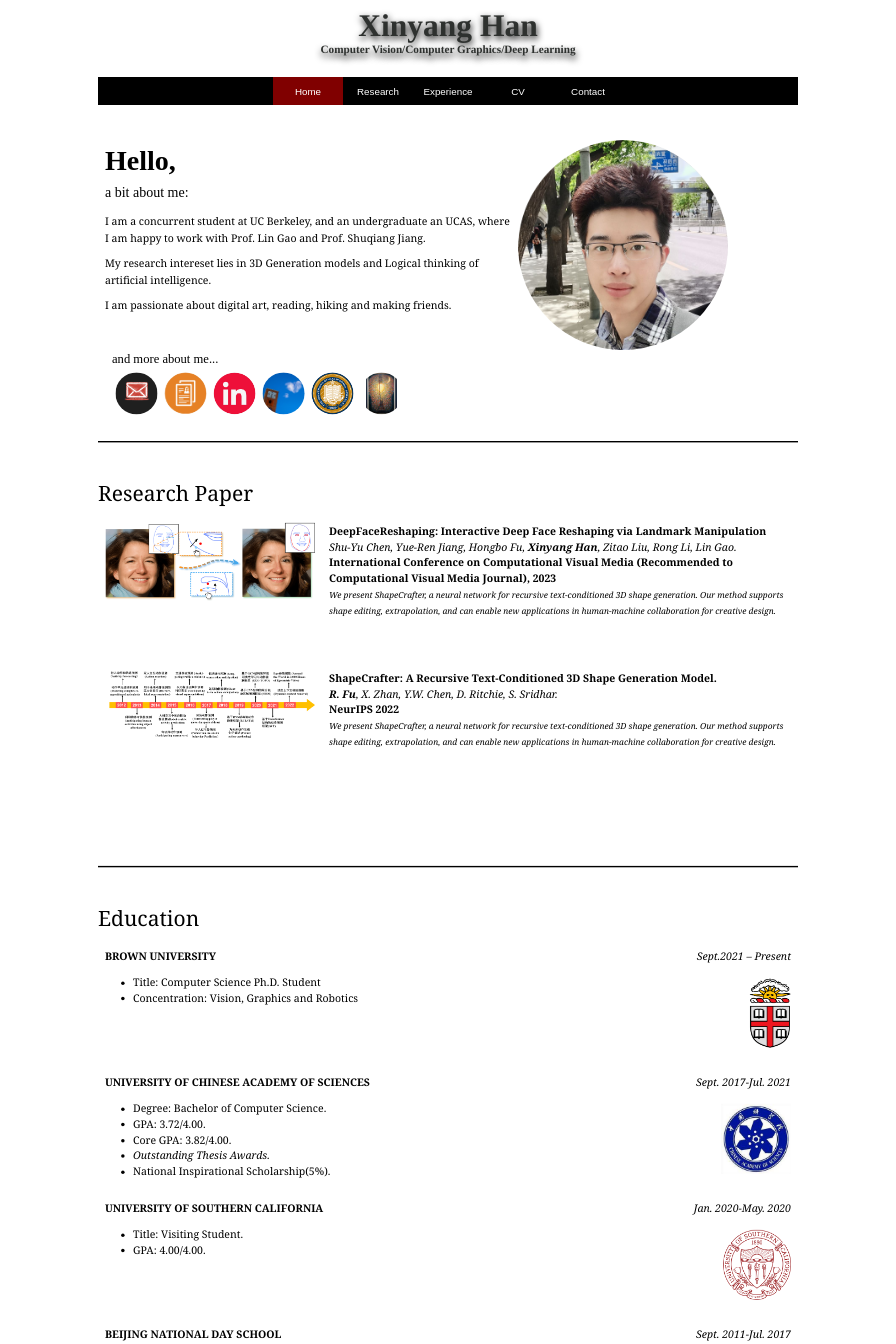
Repository: XinyangHan/XinyangHan.github.io
Page: index.html
The author's editor kept a copy of each file at every save. The page is drawn from the files as they stood at one save, then again after the next save.
The browser window is 1280 px wide. The pictures show the part of the page from y = 0 to 1920 px (the page is 3473 px tall), at 70% of full size.

Above is the page before, as saved 2023-02-11 14:14:29.
Console error (its wording comes from the project's code and is left out).

### index.html
<!DOCTYPE html>
<html>

<head>
	<meta charset="utf-8">
	<meta name="keywords" content="Rao FU, Rao FU, Rao Fu Homepage, Rao Fu Webpage, Rao Fu UCAS, Rao Fu Brown">
	<meta name="description" content="Rao FU's homepage">
	<meta name="viewport" content="width=device-width, initial-scale=1">
	<title>Rao FU | Homepage</title>
	<link href="style.css" rel="stylesheet" />
	<style>
	</style>



</head>

<body>
<!-------------------------------------------------- Header -------------------------------------------------->
<div id="header">
	<h1> Xinyang Han </h1>
	<h2>Computer Vision/Computer Graphics/Deep Learning</h2>
</div><!-- Header -->

<!-------------------------------------------------- Navbar -------------------------------------------------->
<div id="nav-wrapper">
<div id="nav">
			<button class="btn active" onclick="window.location.href = './index.html#content_home';">Home</button>
			<button class="btn" onclick="window.location.href = './index.html#content_project';">Research</button>
			<button class="btn" onclick="window.location.href = './index.html#content_exp';">Experience</button>
			<button class="btn" onclick="window.location.href = './resource/My_CV.pdf'; target='_blank'; ">CV</button>
			<button class="btn" onclick="window.location.href = './index.html#c_contact_biography';">Contact</button>
			<!-- <a href="./index.html#content_home" class="active">Home</a>  -->
			<!-- <a href="./index.html#content_project">Research</a> -->
			<!-- <a href="./index.html#content_exp">Experience</a> -->
			<!-- <a href="./resource/MY_CV.pdf">CV</a> -->
			<!-- <a href="./index.html#c_contact_biography">Contact</a> -->
</div> <!-- #nav -->
</div>

<!-------------------------------------------------- Script -------------------------------------------------->
<script>
	// Get the container element
	var btnContainer = document.getElementById("nav");

	// Get all buttons with class="btn" inside the container
	var btns = btnContainer.getElementsByClassName("btn");

	// Loop through the buttons and add the active class to the current/clicked button
	for (var i = 0; i < btns.length; i++) {
	btns[i].addEventListener("click", function() {
		var current = document.getElementsByClassName("active");
		current[0].className = current[0].className.replace(" active", "");
		this.className += " active";
	});
	}
</script>

<!-------------------------------------------------- Content Home-------------------------------------------------->
<div class="content"  id="content_home">

	<div class="c_home_wrapper">
		<div id="c_biography">
			<strong id="c_font1">Hello,</strong><br>
			<span class="c_font2">a bit about me:</span><br>
			<p class="c_font3">
				I am a concurrent student at UC Berkeley, and an undergraduate an UCAS, where I am happy to work with Prof. Lin Gao and Prof. Shuqiang Jiang.
			</p>
			<p class="c_font3">
				My research intereset lies in 3D Generation models and Logical thinking of artificial intelligence.
			</p>
			<p class="c_font3">
				I am passionate about digital art, reading, hiking and making friends.
			</p>
		</div>

		<div id="c_profile">
			<div class="c_thumbnail">
				<img src="img/round_profile.png" id="buttons" alt="profile_button" >
				<div class="overlay">
					<p>
						勿戳！<br>
						Don't poke my cheeks!<br>
						¡no me toques las mejillas! <br>
						मेरे गाल मत दबाओ! <br>
						আমার গালে খোঁচা দিও না! <br>
						não cutuque minhas bochechas! <br>
						не тыкай меня в щеки! <br>
						私の頬をつつかないで！ <br>
						ਮੇਰੀਆਂ ਗੱਲ੍ਹਾਂ ਨੂੰ ਨਾ ਮਾਰੋ! <br>
						唔好戳我嘅脸颊！<br>
						đừng chọc má tôi!<br>
						నా బుగ్గలు కుట్టకు!<br>
						yanaklarımı dürtme!<br>
						내 뺨을 찌르지 마! <br>
						ne touchez pas mes joues!<br>
						stoß mir nicht in die Wangen!<br>
						என் கன்னங்களை குத்தாதே!<br>
						میرے گالوں کو مت مارو!<br>
						ojo nyocot pipiku!<br>
						non toccarmi le guance!<br>
						لا تكز خدي!<br>
					</p>
				</div>
			</div>
		</div>

		<div id="c_info">
			<!-- <strong id="c_font4">And more</strong><br>
			<strong id="c_font4">about me</strong><br> -->
			<span class="c_font2_1"> and more about me... </span><br>
			<!-- CONTENT TODO -->
			<div class="thumbnail">
				<img src="img/email_icon.jpg" id="button0" alt="email_button" >
				<div class="overlay" onclick="window.location.href = 'hanxinyang20a@mails.ucas.ac.cn';" >
					<p>Email to<br>Say Hi</p>
				</div>
			</div> <!-- .thumbnail -->


			<div class="thumbnail">
				<img src="img/cv_icon.jpg" id="button1" alt="cv_button" >
				<div class="overlay"  onclick="window.location.href='./resource/Xinyang_Han_CV.pdf'; " >
					<p>CV/<br>Resume</p>
				</div>
			</div> <!-- .thumbnail -->

			<!-- <div class="thumbnail">
				<img src="img/gs_icon.png" id="button2" alt="google_button" >
				<div class="overlay" onclick="window.location.href = 'https://scholar.google.com/citations?hl=en&user=VWMWQEcAAAAJ';" >
					<p>Google<br>Scholar</p>
				</div>
			</div>  -->

			<div class="thumbnail">
				<img src="img/linkedin_icon.png" id="button3" alt="lkin_icon" >
				<div class="overlay" onclick="window.location.href = 'https://www.linkedin.com/in/xinyang-han-313bba265/;" >
					<p>LinkedIn<br>Profile</p>
				</div>
			</div> <!-- .thumbnail -->

			<div class="thumbnail">
				<img src="img/ucas_button.png" id="button4" alt="ucas_button" >
				<div class="overlay" onclick="window.location.href = 'https://en.wikipedia.org/wiki/University_of_the_Chinese_Academy_of_Sciences/';" >
					<p>B.E.@<br>UCAS</p>
				</div>
			</div> <!-- .thumbnail -->

			<div class="thumbnail">
				<img src="img/Seal_of_University_of_California,_Berkeley.svg.png" id="button5" alt="brown_button">
				<div class="overlay" onclick="window.location.href = 'https://www.berkeley.edu/';" >
					<p>Exchanging student.@<br>UCB
					</p>
				</div>
			</div> <!-- .thumbnail -->

			<!--<div class="thumbnail">
				<img src="img/cat_icon.jpg" id="button6" alt="cat_button">
				<div class="overlay" onclick="window.location.href = 'https://instagram.com/inocchi_mew?r=nametag';" >
					<p>My Cat<br>Inocchi
					</p>
				</div>
			</div>  .thumbnail -->

			<div class="thumbnail">
				<img src="img/art_icon.jpg" id="button6" alt="art_button">
				<div class="overlay" onclick="window.location.href = './index.html#content_home';" >
					<p>Arts<br>Todo...</p>
				</div>
			</div> <!-- .thumbnail -->

		</div>
	</div><!-- Home Wrapper-->

	<div class="clearfloat"></div>
</div><!-- Content Home-->

<!-------------------------------------------------- Content Project -------------------------------------------------->
<div class="content">

	<div class="c_public_wrapper" id="content_project">
		<div class="c_font1_1">Research Paper</div>

		<div class="c_public">
			<div class="disp_wrapper">
				<!-- <a href="./img/HRFormer.png" data-lightbox="project1" data-title="HRFormer2 Structure"> -->
					<img src="./img/DeepFaceReshaping.png" class="project_img" title="ShapeCrafter Structure">
				<!-- </a> -->
				<!-- <p class="small_font">click image for details</p> -->
			</div>
			<strong>DeepFaceReshaping: Interactive Deep Face Reshaping via Landmark Manipulation</strong>
			<br><em>Shu-Yu Chen, Yue-Ren Jiang, Hongbo Fu, <strong>Xinyang Han</strong>, Zitao Liu, Rong Li, Lin Gao. </em>
			<br><strong>International Conference on Computational Visual Media (Recommended to Computational Visual Media Journal), 2023</strong></em>
			<br><em class="small_font">We present ShapeCrafter, a neural network for recursive text-conditioned 3D shape generation.
				Our method supports shape editing, extrapolation, and can enable new applications in human-machine collaboration for creative design.</em>
			<!-- <br><a href="https://arxiv.org/abs/2207.09446" class="small_font">[paper]</a>
			<a href="https://ivl.brown.edu/projects/shapecrafter" class="small_font">[project]</a>	-->
		</div>

		<div class="c_public">
			<div class="disp_wrapper">
				<!-- <a href="./img/HRFormer.png" data-lightbox="project1" data-title="HRFormer2 Structure"> -->
					<img src="./img/ai_prediction.png" class="project_img" title="ShapeCrafter Structure">
				<!-- </a> -->
				<!-- <p class="small_font">click image for details</p> -->
			</div>
			<strong>ShapeCrafter: A Recursive Text-Conditioned 3D Shape Generation Model.</strong>
			<br><em><strong>R. Fu</strong>, X. Zhan, Y.W. Chen, D. Ritchie, S. Sridhar. </em>
			<br><strong>NeurIPS 2022</strong></em>
			<br><em class="small_font">We present ShapeCrafter, a neural network for recursive text-conditioned 3D shape generation.
				Our method supports shape editing, extrapolation, and can enable new applications in human-machine collaboration for creative design.</em>
			<!-- <br><a href="https://arxiv.org/abs/2207.09446" class="small_font">[paper]</a>
			<a href="https://ivl.brown.edu/projects/shapecrafter" class="small_font">[project]</a>	-->
		</div>
	</div>
	<div class="clearfloat"></div>
</div><!-- Content Project-->

<!-------------------------------------------------- Content Experiment-------------------------------------------------->
<div class="content">

	<div class="c_education_wrapper" id="content_exp">
		<div class="c_font1_1">Education</div>

		<div class="c_education">
			<strong>BROWN UNIVERSITY</strong>
			<em class="dates">Sept.2021 – Present</em>
			<div class="clearfloat"></div>
			<div class="logo_wrapper">
				<img class="schoollogo" src="./img/brown_logo.png" alt="BROWN Logo" />
			</div>
			<ul>
			<li>Title: Computer Science Ph.D. Student</li>
			<li>Concentration: Vision, Graphics and Robotics</li>
			</ul>
		</div>

		<div class="c_education">
			<strong>UNIVERSITY OF CHINESE ACADEMY OF SCIENCES</strong>
			<em class="dates">Sept. 2017-Jul. 2021</em>
			<div class="clearfloat"></div>
			<div class="logo_wrapper">
				<img class="schoollogo" src="./img/cas_logo.jpg" alt="CAS Logo" />
			</div>
			<ul>
			<li>Degree: Bachelor of Computer Science.</li>
			<li>GPA: 3.72/4.00.</li>
			<li>Core GPA: 3.82/4.00.</li>
			<li><em>Outstanding Thesis Awards.</em> </li>
			<li><em></em>National Inspirational Scholarship(5%).</em></li>
			</ul>
		</div>

		<div class="c_education">
			<strong>UNIVERSITY OF SOUTHERN CALIFORNIA</strong>
			<em class="dates">Jan. 2020-May. 2020</em>
			<div class="clearfloat"></div>
			<div class="logo_wrapper">
				<img class="schoollogo" src="./img/usc_logo.png" alt="USC Logo" />
			</div>
			<ul>
			<li>Title: Visiting Student.</li>
			<li>GPA: 4.00/4.00.</li>
			</ul>

		</div>

		<div class="c_education">
			<strong>BEIJING NATIONAL DAY SCHOOL</strong>
			<em class="dates">Sept. 2011-Jul. 2017</em>
			<div class="clearfloat"></div>
			<div class="logo_wrapper">
				<img class="schoollogo" src="./img/bnds_logo.png" alt="USC Logo" />
			</div>
			<ul>
			<li>Title: Student.</li>
			<li>GPA: 3.9/4.0.</li>
			</ul>

		</div>
	</div>

	<div class="c_intern_wrapper">
		<div class="c_font1_1">Employment</div>

		<div class="c_intern">
			<strong>Research intern: Autodesk Inc.</strong>
				<em class="dates">May. 2022 – Present</em>
			<br><br><em>Group: AI Lab</em><em class="dates">Toronto, Canada</em>
			<ul>
				<li>Research on Lauguage-guided 3D Shape Generation.</li>
			</ul>
		</div>

		<div class="c_intern">
			<strong>Research intern: Microsoft Research, Asia</strong>
				<em class="dates">Mar. 2021 – July. 2021</em>
			<br><br><em>Group: Speech Group, Visual Computing Group</em><em class="dates">Beijing, China</em>
			<ul>
				<li>Research on High-Resolution Machine Perception Backbone</li>
			</ul>
		</div>

		<div class="c_intern">
			<strong>Research intern: University of California, San Diego</strong>
				<em class="dates">May. 2020 – Nov. 2020</em>
			<br><br><em>Advisor: Prof. Hao Su.</em><em class="dates">San Diego, CA, USA</em>
			<ul>
				<li>Research on Robot Grasping with Two-Finger Grippers.</li>
				<li>Research on Humanoid Robot Grippers.</li>
			</ul>
		</div>

		<div class="c_intern">
				<strong>Research intern: Institute of Computing Technology, CAS.</strong>
					<em class="dates">Jul. 2019 – Nov. 2020</em>
				<br><br><em>Advisor: Prof. Lin Gao</em> <em class="dates">Beijing, China</em>
				<ul>
					<li>Research on Fine-grained 3D Shape Retrieval.</li>
					<li>Research on Talking Head Generation.</li>
				</ul>
		</div>
	</div>

	<div class="clearfloat"></div>

</div><!-- Content Experiment-->

<!-------------------------------------------------- Content Contact-------------------------------------------------->
<div class="content">
	<div class="c_contact_wrapper">
	<!-- 	<div id="c_contact_biography">
			<span class="c_font1_1">Contact me:</span><br>
			<p class="c_font3">
			Email: <a href="mailto:rao_fu@brown.edu">rao_fu@brown.edu</a>
			</p>
			<p class="c_font3">
			Mail: Brown University Box 1910, Providence, RI 02912
			</p>
		</div> -->

		<div id="c_contact_profile">
			<span class="c_font1_1">Buy me a Boba:</span><br>
			<p class="c_font3">
			If you like my homepage and think it's useful, welcome to buy me a Boba via Wechat or Paypal down here:
			</p>
			<div id="c_contact_thumbnail_1">
			</div>
			<div id="c_contact_thumbnail_2">
			</div>
		</div>

		<div class="clearfloat"></div>
	</div><!-- Content Contact Wrapper-->
</div><!-- Content Contact -->


<div class="clearfloat"></div>
<!-------------------------------------------------- Footer -------------------------------------------------->
<div id="footer">
	<!-- <div class="b_thumbnail">
		<img class="b_img" src="img/i3.png" alt="email">
	</div>
	<div class="b_font">
		<a href="mailto:rao_fu@brown.edu">rao_fu@brown.edu</a>
	</div>
	<div class="b_thumbnail">
		<img class="b_img" src="img/i4.png" alt="git">
	</div>
	<div class="b_font">
		<a href="https://github.com/freddierao">github.com/freddierao</a>
	</div>	 -->
	<div class="b_thumbnail">
		<img class="b_img" src="img/i2.png" alt="copyright">
	</div>
	<div class="b_font">
		&copy; 2022 by Rao FU
	</div>
	<div class="clearfloat"></div>
</div><!-- Footer -->
<script>
window.onscroll = function() {myFunction()};

var navbar = document.getElementById("nav-wrapper");
var sticky = navbar.offsetTop;

function myFunction() {
  if (window.pageYOffset >= sticky) {
    navbar.classList.add("sticky")
  } else {
    navbar.classList.remove("sticky");
  }
}
</script>
</body>
</html>

Loaded but not shown: style.css (556 lines, source omitted)

After the next save:
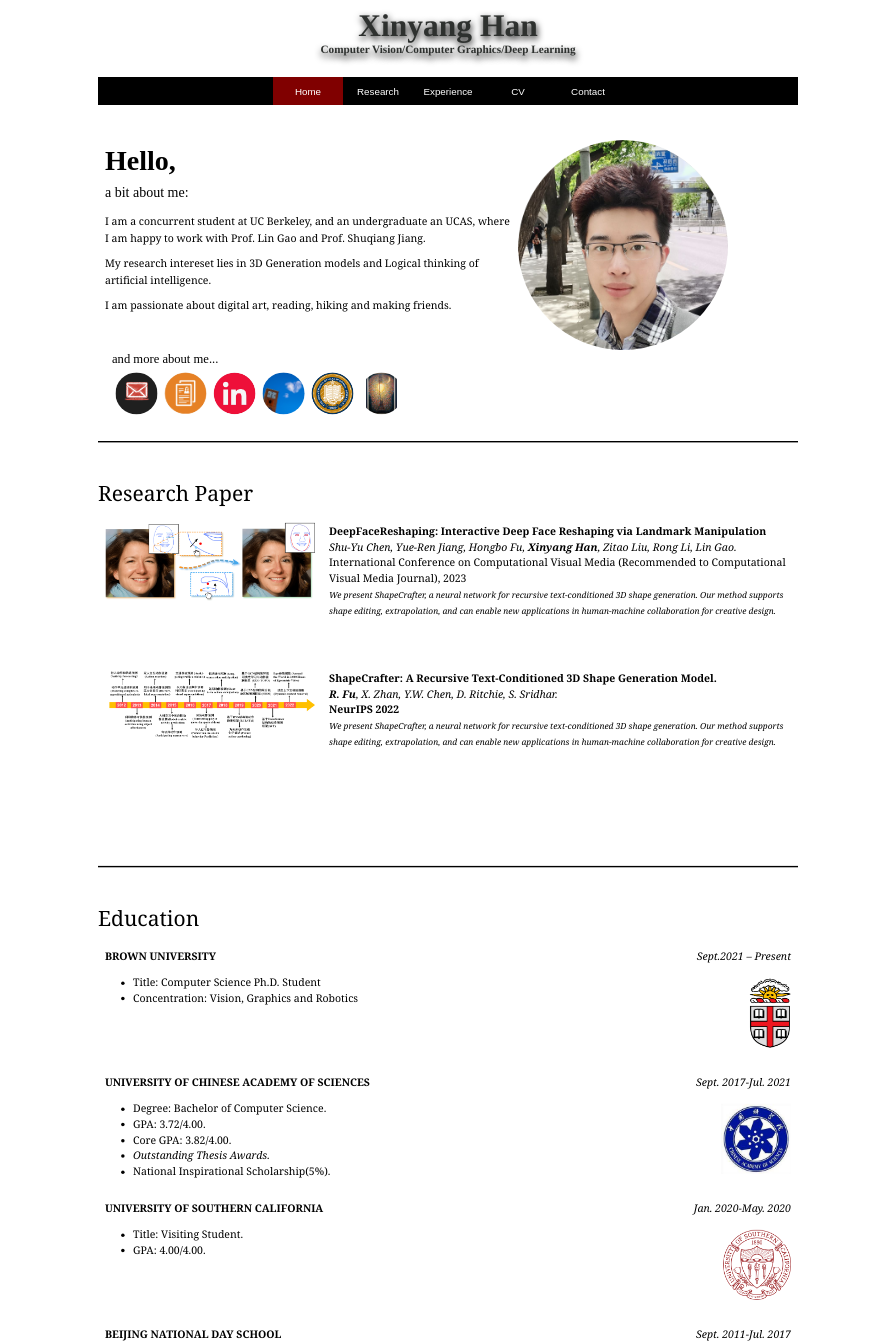
Saved 39 s later.
--- a/index.html
+++ b/index.html
@@ -190,7 +190,7 @@
 			</div>
 			<strong>DeepFaceReshaping: Interactive Deep Face Reshaping via Landmark Manipulation</strong>
 			<br><em>Shu-Yu Chen, Yue-Ren Jiang, Hongbo Fu, <strong>Xinyang Han</strong>, Zitao Liu, Rong Li, Lin Gao. </em>
-			<br><strong>International Conference on Computational Visual Media (Recommended to Computational Visual Media Journal), 2023</strong></em>
+			<br>International Conference on Computational Visual Media (Recommended to Computational Visual Media Journal), 2023</em>
 			<br><em class="small_font">We present ShapeCrafter, a neural network for recursive text-conditioned 3D shape generation.
 				Our method supports shape editing, extrapolation, and can enable new applications in human-machine collaboration for creative design.</em>
 			<!-- <br><a href="https://arxiv.org/abs/2207.09446" class="small_font">[paper]</a>
